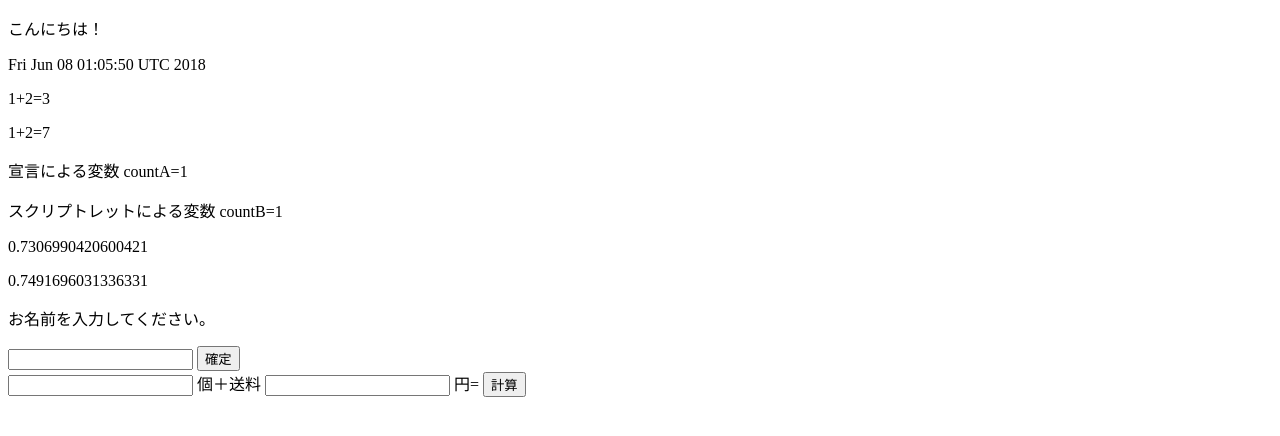
Repository: jun-01731/test
Page: http://localhost/HelloJSP/
The author's editor kept a copy of each file at every save. The page is drawn from the files as they stood at one save, then again after the next save.
The browser window is 1280 px wide. The pictures show the whole page.
The page is served by Tomcat 9.

Above is the page before, as saved 2018-06-11 02:46:12.

After the next save:
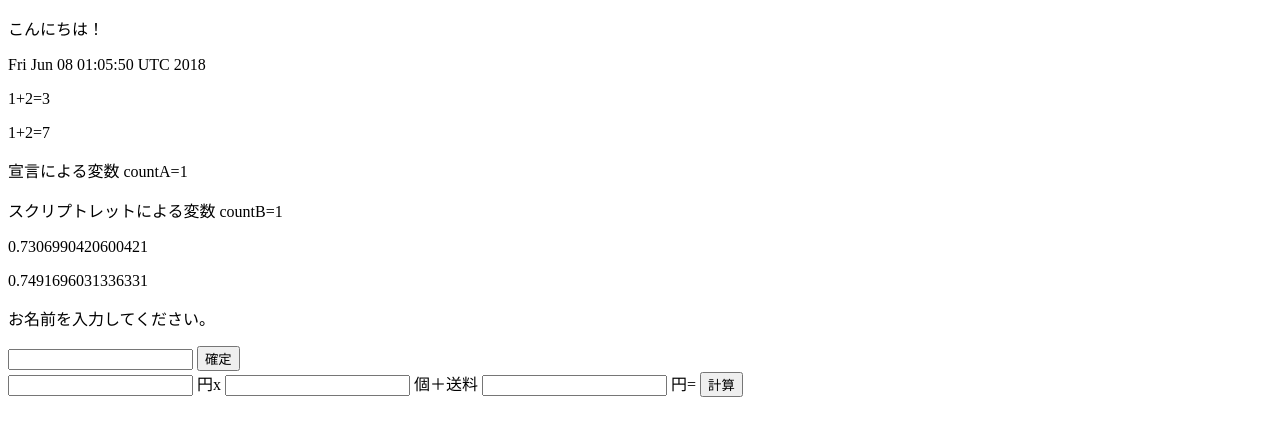
Saved 5 min 10 s later.
--- a/HelloJSP/WebContent/index.jsp
+++ b/HelloJSP/WebContent/index.jsp
@@ -47,7 +47,7 @@ countB++;
 
 
 <form method="post" action="total-out.jsp">
-<input type="text" name="price>
+<input type="text" name="price">
 円x
 <input type="text" name="count">
 個＋送料
